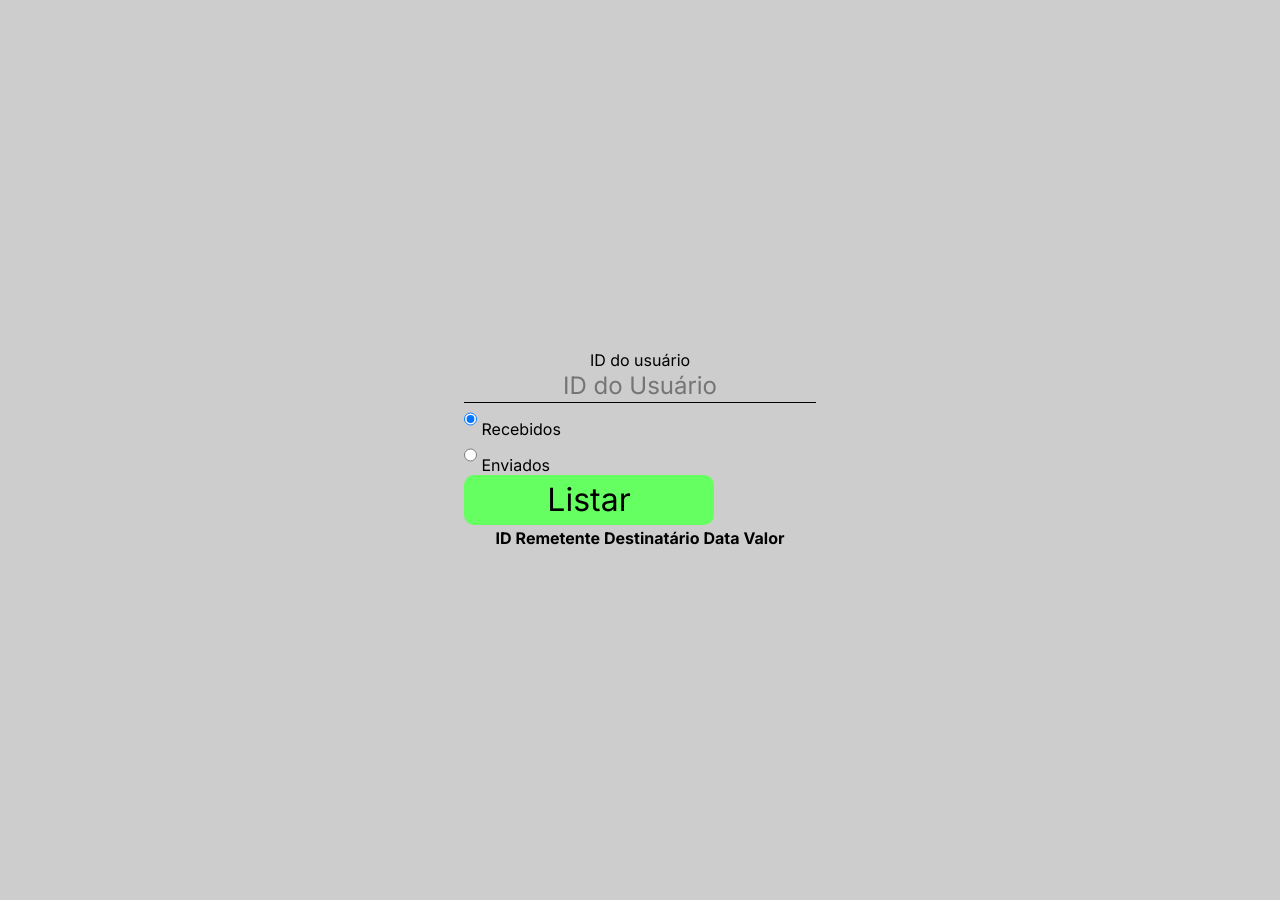
Repository: mateusilva8/tarefa-pix
Page: frontend/index.html
An editor plug-in stored every save of this project. The page is shown before and after the next save, followed by the edit.
The browser window is 1280 px wide. The pictures show the whole page.

Above is the page before, as saved 2023-10-22 14:35:09.

After the next save:
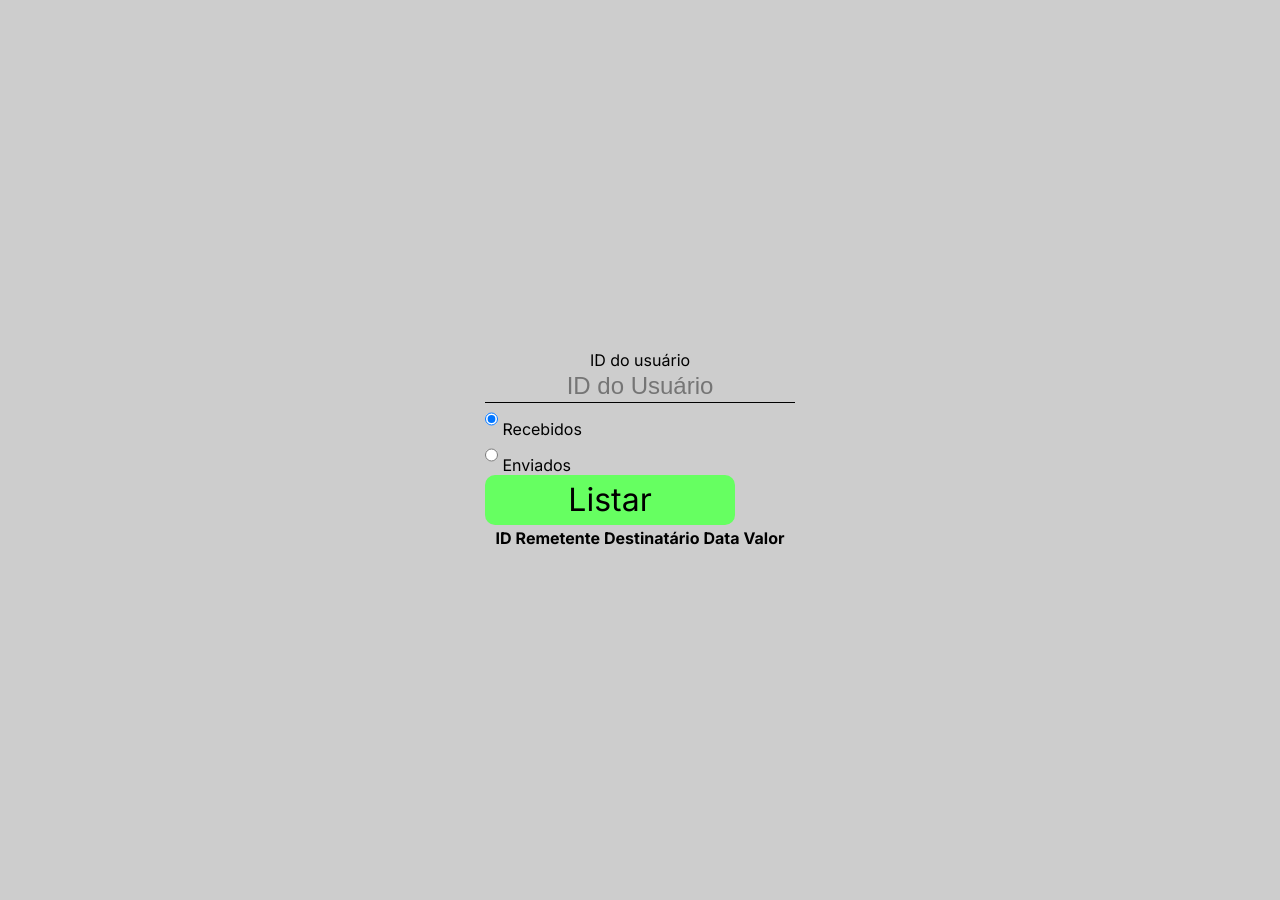
Saved 15 s later.
--- a/frontend/css/index.css
+++ b/frontend/css/index.css
@@ -1,81 +1,79 @@
-* {
+body {
+    margin: 0;
+    padding: 0;
     font-family: 'Inter', sans-serif;
-    body {
+    background-color: #cdcdcd;
+}
+
+.logo {
+    margin-bottom: 100px;
+}
+
+.logo img {
+    height: 100px;
+}
+
+.container {
+    display: flex;
+    flex-direction: column;
+    height: 700px;
+    margin: 100px;
+    justify-content: center;
+    align-items: center;
+}
+
+.formulario {
+    width: 100%;
+    display: flex;
+    flex-direction: column;
+    align-items: center;
+}
+
+.formulario form {
+    width: 500px;
+    display: flex;
+    flex-direction: column;
+    align-items: center;
+}
+
+.mb-3 {
+    display: flex;
+    flex-direction: column;
+    width: 100%;
+    margin-bottom: 50px;
+    font-size: 2rem;
+    text-align: center;
+}
+
+input[type=number]::-webkit-inner-spin-button,
+    input[type=number]::-webkit-outer-spin-button {
+        -webkit-appearance: none;
         margin: 0;
-        padding: 0;
-        font-family: 'Inter', sans-serif;
-        background-color: #cdcdcd;
     }
 
-    .logo {
-        margin-bottom: 100px;
+input {
+    height: 2rem;
+    margin: 0;
+    padding: 0;
+    border: none;
+    border-bottom: 1px solid #000;
+    outline: none;
+    font-size: 1.5rem;
+    text-align: center;
+    background-color: #cdcdcd;
+
+    &:focus {
+        border-bottom: 2px solid #00f;
     }
+}
 
-    .logo img {
-        height: 100px;
-    }
-
-    .container {
-        display: flex;
-        flex-direction: column;
-        height: 700px;
-        margin: 100px;
-        justify-content: center;
-        align-items: center;
-    }
-
-    .formulario {
-        width: 100%;
-        display: flex;
-        flex-direction: column;
-        align-items: center;
-    }
-
-    .formulario form {
-        width: 500px;
-        display: flex;
-        flex-direction: column;
-        align-items: center;
-    }
-
-    .mb-3 {
-        display: flex;
-        flex-direction: column;
-        width: 100%;
-        margin-bottom: 50px;
-        font-size: 2rem;
-        text-align: center;
-    }
-
-    input[type=number]::-webkit-inner-spin-button,
-        input[type=number]::-webkit-outer-spin-button {
-            -webkit-appearance: none;
-            margin: 0;
-        }
-
-    input {
-        height: 2rem;
-        margin: 0;
-        padding: 0;
-        border: none;
-        border-bottom: 1px solid #000;
-        outline: none;
-        font-size: 1.5rem;
-        text-align: center;
-        background-color: #cdcdcd;
-
-        &:focus {
-            border-bottom: 2px solid #00f;
-        }
-    }
-
-    .btn {
-        width: 250px;
-        height: 50px;
-        font-size: 2rem;
-        font-family: 'Inter';
-        font-weight: 400;
-        background-color: rgb(102, 255, 97);
-        border: 0;
-        border-radius: 10px;
-    }
+.btn {
+    width: 250px;
+    height: 50px;
+    font-size: 2rem;
+    font-family: 'Inter';
+    font-weight: 400;
+    background-color: rgb(102, 255, 97);
+    border: 0;
+    border-radius: 10px;
+}
